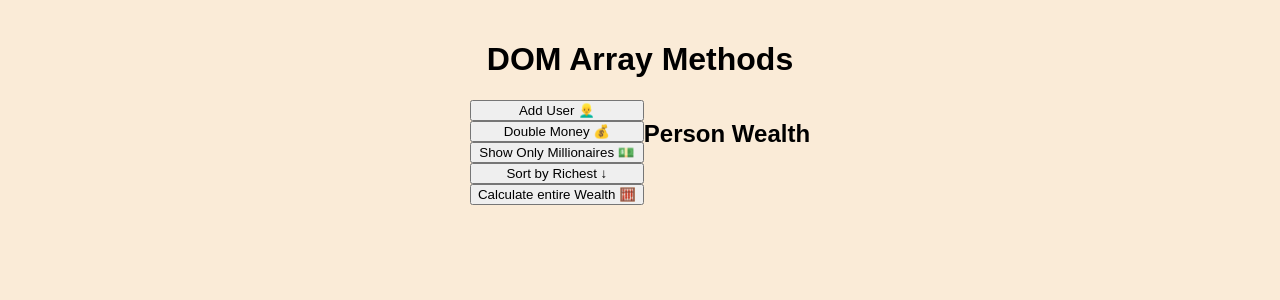
Repository: AbrorjonKuchkarov/DOM-Array-Methods
Page: index.html
An editor plug-in stored every save of this project. The page is shown before and after the next save, followed by the edit.
The browser window is 1280 px wide. The pictures show the whole page.

Above is the page before, as saved 2022-02-24 15:35:24.

After the next save:
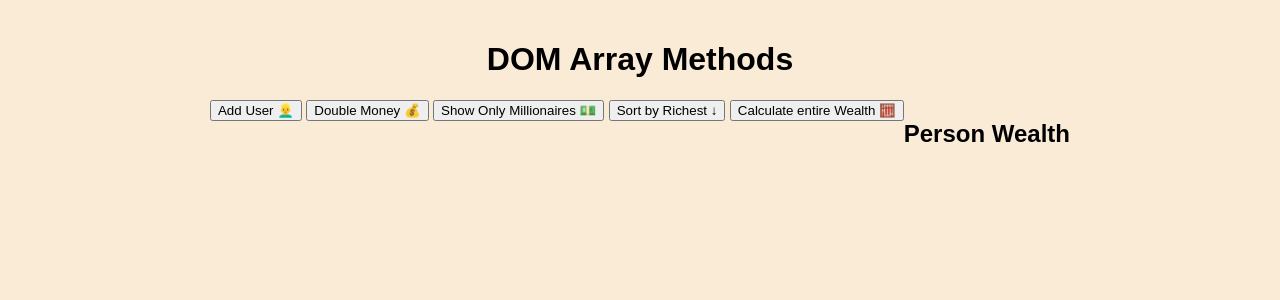
Saved 37 s later.
--- a/style.css
+++ b/style.css
@@ -18,7 +18,6 @@ body{
 
 }
 
-.btns{
-   display: flex;
-   flex-direction: column;
+button {
+
 }
